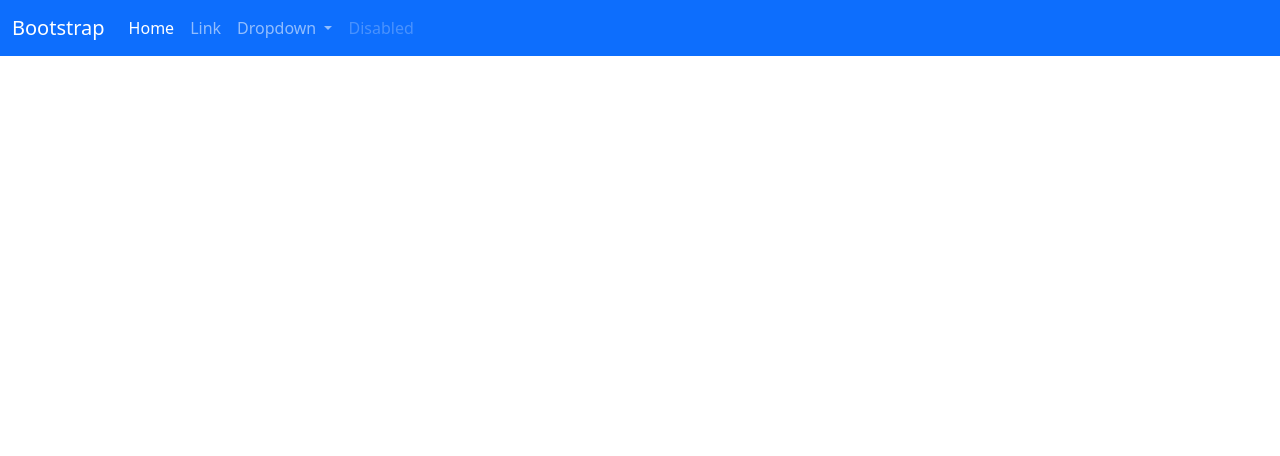
Repository: leosulzbach/Aula
Page: Bootstrap/bootstrap.html
An editor plug-in stored every save of this project. The page is shown before and after the next save, followed by the edit.
The browser window is 1280 px wide. The pictures show the whole page.

Above is the page before, as saved 2022-05-26 14:02:11.

### Bootstrap/bootstrap.html
<!DOCTYPE html>
<html lang="PT-BR">
<head>
    <meta charset="UTF-8">
    <meta http-equiv="X-UA-Compatible" content="IE=edge">
    <meta name="viewport" content="width=device-width, initial-scale=1.0">
    <link href="https://cdn.jsdelivr.net/npm/bootstrap@5.2.0-beta1/dist/css/bootstrap.min.css" rel="stylesheet" integrity="sha384-0evHe/X+R7YkIZDRvuzKMRqM+OrBnVFBL6DOitfPri4tjfHxaWutUpFmBp4vmVor" crossorigin="anonymous">
    <script src="https://cdn.jsdelivr.net/npm/bootstrap@5.2.0-beta1/dist/js/bootstrap.bundle.min.js" integrity="sha384-pprn3073KE6tl6bjs2QrFaJGz5/SUsLqktiwsUTF55Jfv3qYSDhgCecCxMW52nD2" crossorigin="anonymous"></script>
    <title>Bootstrap</title>
</head>
<body>
    <nav class="navbar navbar-expand-lg navbar-dark bg-primary">
        <div class="container-fluid">
          <a class="navbar-brand" href="#">Bootstrap</a>

          <button class="navbar-toggler" type="button" data-bs-toggle="collapse" data-bs-target="#navbarSupportedContent" aria-controls="navbarSupportedContent" aria-expanded="false" aria-label="Toggle navigation">
            <span class="navbar-toggler-icon"></span>
          </button>

          <div class="collapse navbar-collapse" id="navbarSupportedContent">
            <ul class="navbar-nav me-auto mb-2 mb-lg-0">
              <li class="nav-item">
                <a class="nav-link active" aria-current="page" href="#">Home</a>
              </li>
              <li class="nav-item">
                <a class="nav-link" href="#">Link</a>
              </li>
              <li class="nav-item dropdown">
                <a class="nav-link dropdown-toggle" href="#" id="navbarDropdown" role="button" data-bs-toggle="dropdown" aria-expanded="false">
                  Dropdown
                </a>
                <ul class="dropdown-menu" aria-labelledby="navbarDropdown">
                  <li><a class="dropdown-item" href="#">Action</a></li>
                  <li><a class="dropdown-item" href="#">Another action</a></li>
                  <li><hr class="dropdown-divider"></li>
                  <li><a class="dropdown-item" href="#">Something else here</a></li>
                </ul>
              </li>
              <li class="nav-item">
                <a class="nav-link disabled">Disabled</a>
              </li>
            </ul>

          </div>
        </div>
      </nav>
</body>
</html>

After the next save:
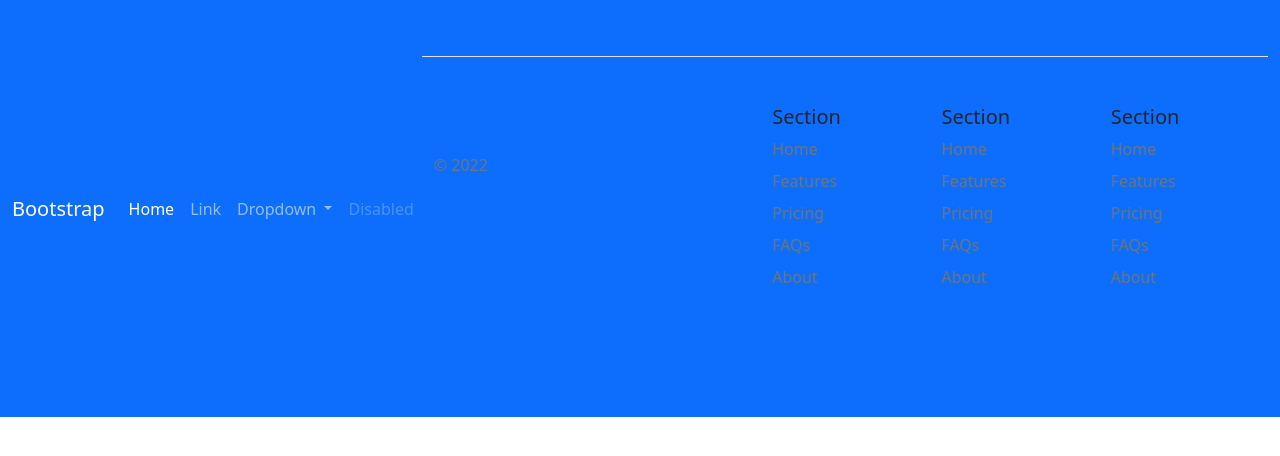
Saved 6 min 38 s later.
--- a/Bootstrap/bootstrap.html
+++ b/Bootstrap/bootstrap.html
@@ -40,7 +40,53 @@
                 <a class="nav-link disabled">Disabled</a>
               </li>
             </ul>
+            <div class="container">
+                <footer class="row row-cols-1 row-cols-sm-2 row-cols-md-5 py-5 my-5 border-top">
+                  <div class="col mb-3">
+                    <a href="/" class="d-flex align-items-center mb-3 link-dark text-decoration-none">
+                      <svg class="bi me-2" width="40" height="32"><use xlink:href="#bootstrap"></use></svg>
+                    </a>
+                    <p class="text-muted">© 2022</p>
+                  </div>
 
+                  <div class="col mb-3">
+
+                  </div>
+
+                  <div class="col mb-3">
+                    <h5>Section</h5>
+                    <ul class="nav flex-column">
+                      <li class="nav-item mb-2"><a href="#" class="nav-link p-0 text-muted">Home</a></li>
+                      <li class="nav-item mb-2"><a href="#" class="nav-link p-0 text-muted">Features</a></li>
+                      <li class="nav-item mb-2"><a href="#" class="nav-link p-0 text-muted">Pricing</a></li>
+                      <li class="nav-item mb-2"><a href="#" class="nav-link p-0 text-muted">FAQs</a></li>
+                      <li class="nav-item mb-2"><a href="#" class="nav-link p-0 text-muted">About</a></li>
+                    </ul>
+                  </div>
+
+                  <div class="col mb-3">
+                    <h5>Section</h5>
+                    <ul class="nav flex-column">
+                      <li class="nav-item mb-2"><a href="#" class="nav-link p-0 text-muted">Home</a></li>
+                      <li class="nav-item mb-2"><a href="#" class="nav-link p-0 text-muted">Features</a></li>
+                      <li class="nav-item mb-2"><a href="#" class="nav-link p-0 text-muted">Pricing</a></li>
+                      <li class="nav-item mb-2"><a href="#" class="nav-link p-0 text-muted">FAQs</a></li>
+                      <li class="nav-item mb-2"><a href="#" class="nav-link p-0 text-muted">About</a></li>
+                    </ul>
+                  </div>
+
+                  <div class="col mb-3">
+                    <h5>Section</h5>
+                    <ul class="nav flex-column">
+                      <li class="nav-item mb-2"><a href="#" class="nav-link p-0 text-muted">Home</a></li>
+                      <li class="nav-item mb-2"><a href="#" class="nav-link p-0 text-muted">Features</a></li>
+                      <li class="nav-item mb-2"><a href="#" class="nav-link p-0 text-muted">Pricing</a></li>
+                      <li class="nav-item mb-2"><a href="#" class="nav-link p-0 text-muted">FAQs</a></li>
+                      <li class="nav-item mb-2"><a href="#" class="nav-link p-0 text-muted">About</a></li>
+                    </ul>
+                  </div>
+                </footer>
+              </div>
           </div>
         </div>
       </nav>

After the save that followed:
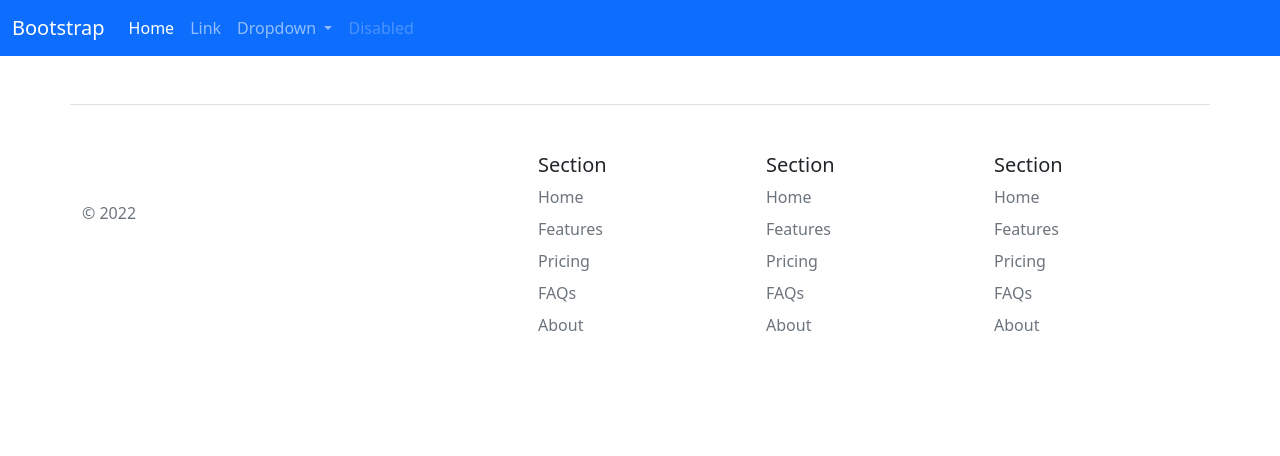
Saved 26 s later.
--- a/Bootstrap/bootstrap.html
+++ b/Bootstrap/bootstrap.html
@@ -40,55 +40,56 @@
                 <a class="nav-link disabled">Disabled</a>
               </li>
             </ul>
-            <div class="container">
-                <footer class="row row-cols-1 row-cols-sm-2 row-cols-md-5 py-5 my-5 border-top">
-                  <div class="col mb-3">
-                    <a href="/" class="d-flex align-items-center mb-3 link-dark text-decoration-none">
-                      <svg class="bi me-2" width="40" height="32"><use xlink:href="#bootstrap"></use></svg>
-                    </a>
-                    <p class="text-muted">© 2022</p>
-                  </div>
 
-                  <div class="col mb-3">
-
-                  </div>
-
-                  <div class="col mb-3">
-                    <h5>Section</h5>
-                    <ul class="nav flex-column">
-                      <li class="nav-item mb-2"><a href="#" class="nav-link p-0 text-muted">Home</a></li>
-                      <li class="nav-item mb-2"><a href="#" class="nav-link p-0 text-muted">Features</a></li>
-                      <li class="nav-item mb-2"><a href="#" class="nav-link p-0 text-muted">Pricing</a></li>
-                      <li class="nav-item mb-2"><a href="#" class="nav-link p-0 text-muted">FAQs</a></li>
-                      <li class="nav-item mb-2"><a href="#" class="nav-link p-0 text-muted">About</a></li>
-                    </ul>
-                  </div>
-
-                  <div class="col mb-3">
-                    <h5>Section</h5>
-                    <ul class="nav flex-column">
-                      <li class="nav-item mb-2"><a href="#" class="nav-link p-0 text-muted">Home</a></li>
-                      <li class="nav-item mb-2"><a href="#" class="nav-link p-0 text-muted">Features</a></li>
-                      <li class="nav-item mb-2"><a href="#" class="nav-link p-0 text-muted">Pricing</a></li>
-                      <li class="nav-item mb-2"><a href="#" class="nav-link p-0 text-muted">FAQs</a></li>
-                      <li class="nav-item mb-2"><a href="#" class="nav-link p-0 text-muted">About</a></li>
-                    </ul>
-                  </div>
-
-                  <div class="col mb-3">
-                    <h5>Section</h5>
-                    <ul class="nav flex-column">
-                      <li class="nav-item mb-2"><a href="#" class="nav-link p-0 text-muted">Home</a></li>
-                      <li class="nav-item mb-2"><a href="#" class="nav-link p-0 text-muted">Features</a></li>
-                      <li class="nav-item mb-2"><a href="#" class="nav-link p-0 text-muted">Pricing</a></li>
-                      <li class="nav-item mb-2"><a href="#" class="nav-link p-0 text-muted">FAQs</a></li>
-                      <li class="nav-item mb-2"><a href="#" class="nav-link p-0 text-muted">About</a></li>
-                    </ul>
-                  </div>
-                </footer>
-              </div>
           </div>
         </div>
       </nav>
+      <div class="container">
+        <footer class="row row-cols-1 row-cols-sm-2 row-cols-md-5 py-5 my-5 border-top">
+          <div class="col mb-3">
+            <a href="/" class="d-flex align-items-center mb-3 link-dark text-decoration-none">
+              <svg class="bi me-2" width="40" height="32"><use xlink:href="#bootstrap"></use></svg>
+            </a>
+            <p class="text-muted">© 2022</p>
+          </div>
+
+          <div class="col mb-3">
+
+          </div>
+
+          <div class="col mb-3">
+            <h5>Section</h5>
+            <ul class="nav flex-column">
+              <li class="nav-item mb-2"><a href="#" class="nav-link p-0 text-muted">Home</a></li>
+              <li class="nav-item mb-2"><a href="#" class="nav-link p-0 text-muted">Features</a></li>
+              <li class="nav-item mb-2"><a href="#" class="nav-link p-0 text-muted">Pricing</a></li>
+              <li class="nav-item mb-2"><a href="#" class="nav-link p-0 text-muted">FAQs</a></li>
+              <li class="nav-item mb-2"><a href="#" class="nav-link p-0 text-muted">About</a></li>
+            </ul>
+          </div>
+
+          <div class="col mb-3">
+            <h5>Section</h5>
+            <ul class="nav flex-column">
+              <li class="nav-item mb-2"><a href="#" class="nav-link p-0 text-muted">Home</a></li>
+              <li class="nav-item mb-2"><a href="#" class="nav-link p-0 text-muted">Features</a></li>
+              <li class="nav-item mb-2"><a href="#" class="nav-link p-0 text-muted">Pricing</a></li>
+              <li class="nav-item mb-2"><a href="#" class="nav-link p-0 text-muted">FAQs</a></li>
+              <li class="nav-item mb-2"><a href="#" class="nav-link p-0 text-muted">About</a></li>
+            </ul>
+          </div>
+
+          <div class="col mb-3">
+            <h5>Section</h5>
+            <ul class="nav flex-column">
+              <li class="nav-item mb-2"><a href="#" class="nav-link p-0 text-muted">Home</a></li>
+              <li class="nav-item mb-2"><a href="#" class="nav-link p-0 text-muted">Features</a></li>
+              <li class="nav-item mb-2"><a href="#" class="nav-link p-0 text-muted">Pricing</a></li>
+              <li class="nav-item mb-2"><a href="#" class="nav-link p-0 text-muted">FAQs</a></li>
+              <li class="nav-item mb-2"><a href="#" class="nav-link p-0 text-muted">About</a></li>
+            </ul>
+          </div>
+        </footer>
+      </div>
 </body>
 </html>
